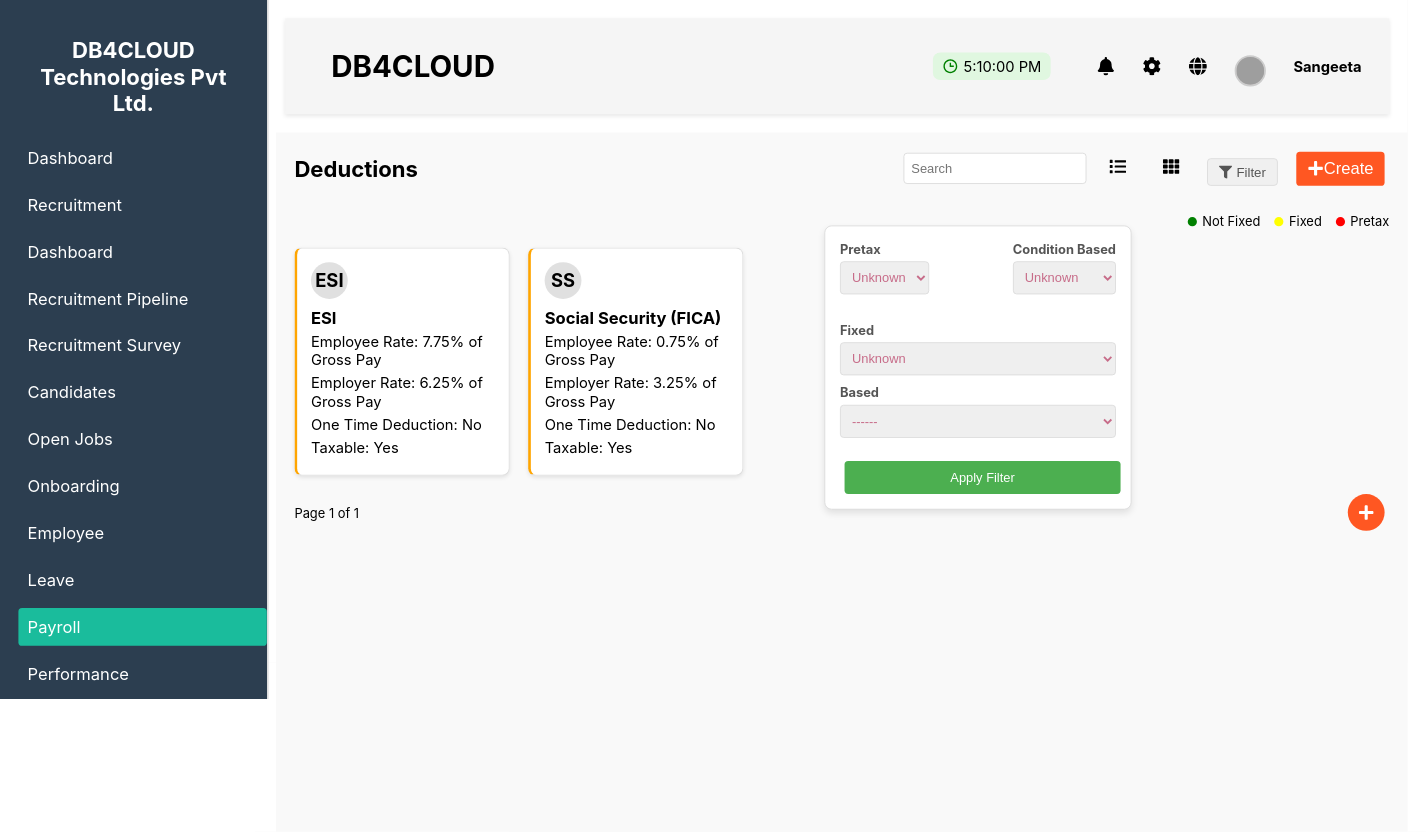
Repository: tinu-ns/Dev-code
Page: /payroll/deductions (app in HRMS-DEMO-Sang/hrms/), after clicking the first element matching `button.filter-btn`
The author's editor kept a copy of each file at every save. The page is drawn from the files as they stood at one save, then again after the next save.
The browser window is 1280 px wide. The page is 1550 px wide, so the pictures cover 1550 px, including what lies to the right of the window. The pictures show the whole page, at 92% of full size.
Pictures or frames that could not be fetched are drawn as grey boxes. The project was rebuilt for these pictures with package versions that can differ from the ones it lists, and the page was loaded fresh each time. Also part of the build but not shown: HRMS-DEMO-Sang/hrms/src/components/Dashboard.js, HRMS-DEMO-Sang/hrms/src/components/Recruitment/RecruitmentDashboard.js, HRMS-DEMO-Sang/hrms/src/components/Recruitment/RecruitmentPipeline.js, HRMS-DEMO-Sang/hrms/src/components/Payroll/Allowances.js, HRMS-DEMO-Sang/hrms/src/components/Payroll/Contract.js, HRMS-DEMO-Sang/hrms/src/components/Payroll/Payslips.js, HRMS-DEMO-Sang/hrms/src/components/Payroll/PayrollDashboard.js, HRMS-DEMO-Sang/hrms/src/components/MainContent.css and 4 more.

Above is the page before, as saved 2024-11-11 15:39:58.

After the next save:
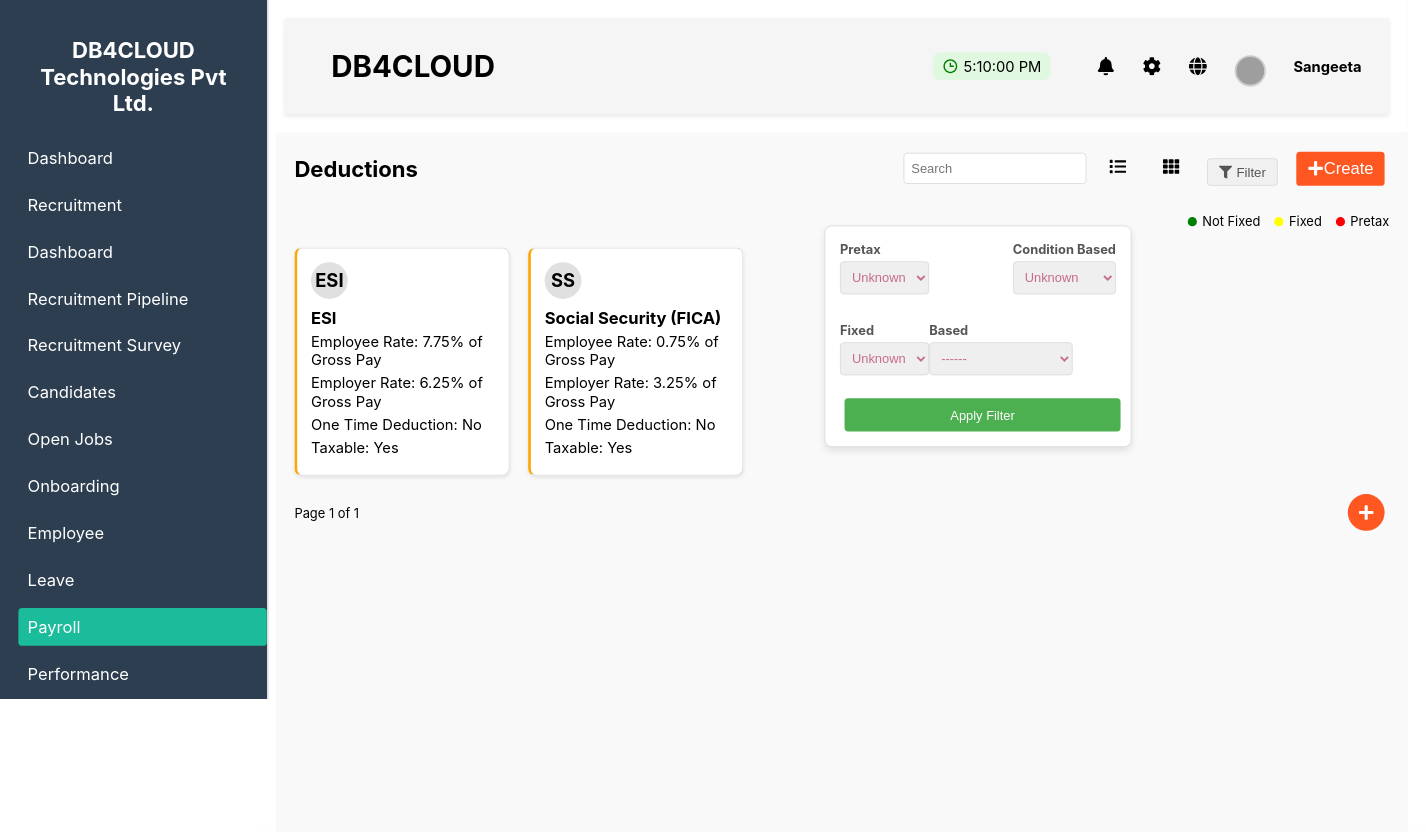
Saved 19 s later.
--- a/HRMS-DEMO-Sang/hrms/src/components/Payroll/Deductions.js
+++ b/HRMS-DEMO-Sang/hrms/src/components/Payroll/Deductions.js
@@ -220,7 +220,7 @@ const Deductions = () => {
             </div>
 </div>
 
-          <div style={{display: "f;ex"}}>
+          <div style={{display: "flex"}}>
             <div className="filter-row">
               <label>Fixed</label>
               <select
